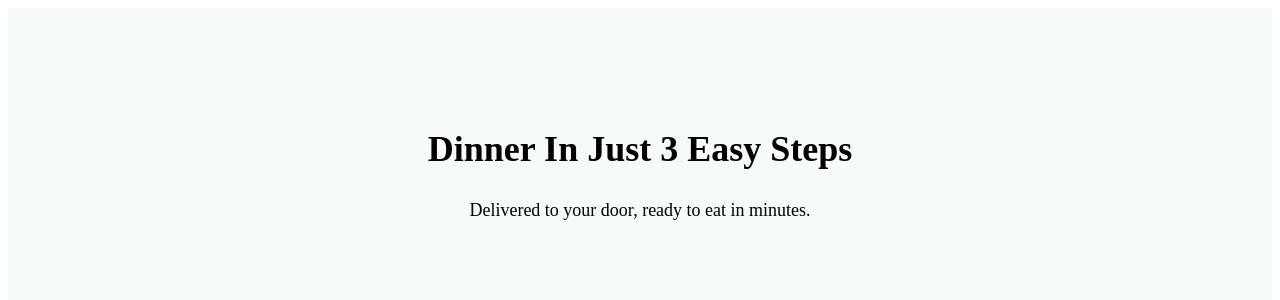
Repository: ST-United-Internship/leadpage
Page: icons-UI.html
The author's editor kept a copy of each file at every save. The page is drawn from the files as they stood at one save, then again after the next save.
The browser window is 1280 px wide. The pictures show the whole page.

Above is the page before, as saved 2023-03-15 09:18:47.

### icons-UI.html
<!DOCTYPE html>
<html lang="en">
<head>
    <meta charset="UTF-8">
    <meta http-equiv="X-UA-Compatible" content="IE=edge">
    <meta name="viewport" content="width=device-width, initial-scale=1.0">
    <title>Document</title>
    <link rel="stylesheet" href="css/icons-UI.css">
</head>
<body>
    <div class="about">
        <div class="title-text">
            <h2>Dinner In Just 3 Easy Steps</h2>
            <p>Delivered to your door, ready to eat in minutes.</p>
        </div>
    </div>
</body>
</html>

### css/icons-UI.css
.about{
    background-color: #f7fafa;
}

.about .title-text{
    text-align: center;
    padding: 90px;
}

.about .title-text h2{
    font-size: 36px;
}

.about .title-text p{
    font-size: 18px;
}

After the next save:
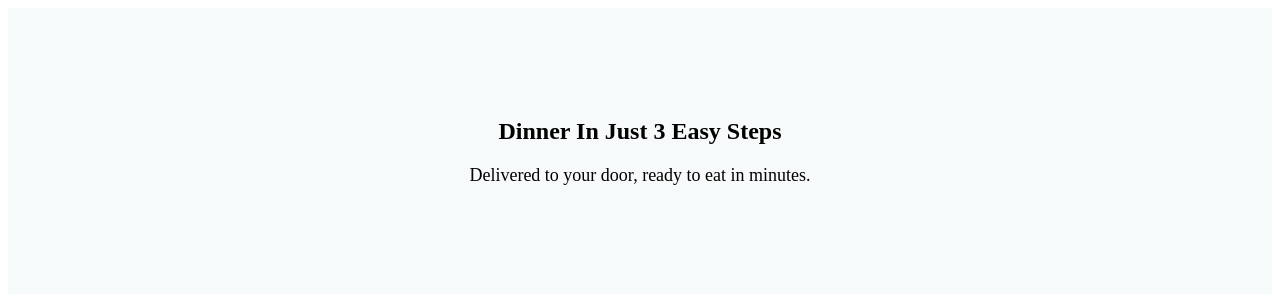
Saved 4 s later.
--- a/css/icons-UI.css
+++ b/css/icons-UI.css
@@ -8,7 +8,7 @@
 }
 
 .about .title-text h2{
-    font-size: 36px;
+    /* font-size: 36px; */
 }
 
 .about .title-text p{

After the save that followed:
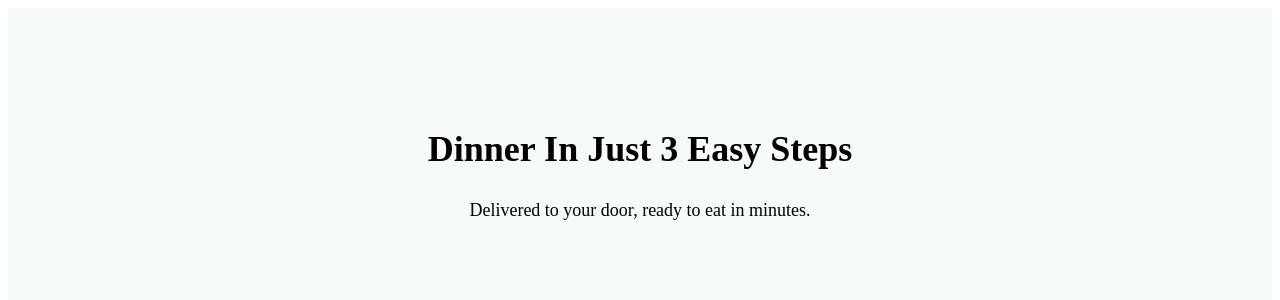
Saved 4 s later.
--- a/css/icons-UI.css
+++ b/css/icons-UI.css
@@ -8,7 +8,7 @@
 }
 
 .about .title-text h2{
-    /* font-size: 36px; */
+    font-size: 36px;
 }
 
 .about .title-text p{
